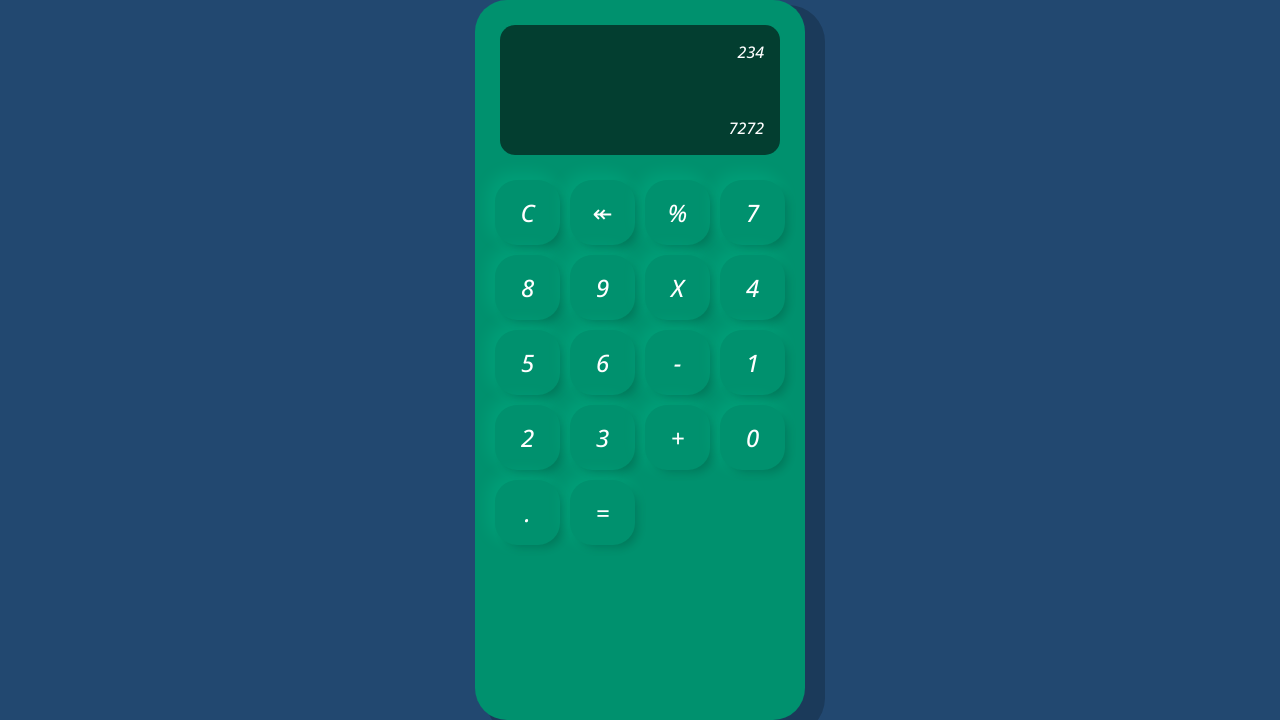
Repository: jhonenmanuel1/javaScript-calculator
Page: src/index.html
An editor plug-in stored every save of this project. The page is shown before and after the next save, followed by the edit.
The browser window is 1280 px wide. The pictures show the whole page.

Above is the page before, as saved 2022-08-02 23:44:06.

### src/index.html
<!DOCTYPE html>
<html lang="en">
  <head>
    <meta charset="UTF-8" />
    <meta http-equiv="X-UA-Compatible" content="IE=edge" />
    <meta name="viewport" content="width=device-width, initial-scale=1.0" />
    <title>JavaScript Calculator</title>
    <link href="https://fonts.googleapis.com/css2?family=Open+Sans:ital,wght@1,500&display=swap" rel="stylesheet">
    <link href="styles.css" rel="stylesheet"/>
  </head>
  <body>
    <div class="container">
      <div class="calculator">
        <div class="display">
          <div id="last-value">234</div>
          <div id="actual-value">7272</div>
        </div>
        <button class="col-2"> C</button>
        <button>&Larr;</button>
        <button class="number">%</button>
        <button class="number">7</button>
        <button class="number">8</button>
        <button class="number">9</button>
        <button class="operator" >X</button>
        <button class="number">4</button>
        <button class="number">5</button>
        <button class="number">6</button>
        <button class="operator">-</button>
        <button class="number">1</button>
        <button class="number">2</button>
        <button class="number">3</button>
        <button class="operator">+</button>
        <button class=" col-2 number">0</button>
        <button class="number">.</button>
        <button class="operator">=</button>
      </div>
    </div>
  </body>
</html>

### src/styles.css
* {
    font-family: 'Open Sans', sans-serif;
    color: #fff;
}
body{
    margin: 0;
    background-color: #224870;
}
.container{
    display: flex;
    justify-content: center;
    height: 100vh;

}
.calculator{
    display: grid;
    grid-template-columns: repeat(4, 75px);
    grid-template-rows: 160px repeat(5, 75px);
    background-color: #00916e;
    padding: 15px;
    border-radius: 32px;
    box-shadow: 15px  10px 0px 5px #00000033;

}
button{
    cursor: pointer;
    margin: 5px;
    padding: 0;
    border-radius: 22px;
    font-size: 1.5em;
    background-color: #00916e ;
    border: none;
    box-shadow: 5px 5px 10px -3px  #00000033, -5px -5px 15px 3px #00ffc11f ;

}
button:active{
    background-color: #006f54;
}
.col-2{

}
.display{
    grid-column: 1 / -1 ;
    padding: 16px;
    display: flex;
    margin: 10px 10px 20px;
    flex-direction: column;
    align-items: flex-end ;
    background-color: #033e30;
    border-radius: 15px;
    text-align: right;
    justify-content: space-between;
}

After the next save:
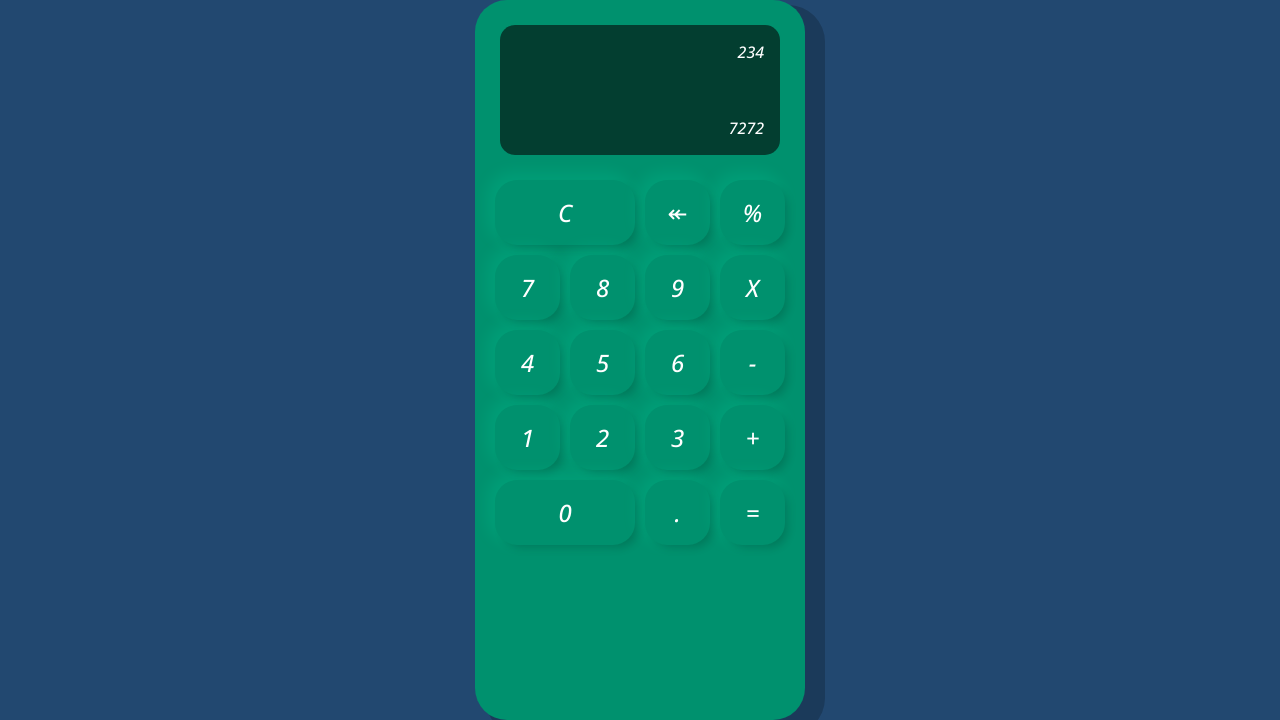
Saved 22 s later.
--- a/src/styles.css
+++ b/src/styles.css
@@ -37,7 +37,7 @@ button:active{
     background-color: #006f54;
 }
 .col-2{
-
+    grid-column: span 2;
 }
 .display{
     grid-column: 1 / -1 ;
